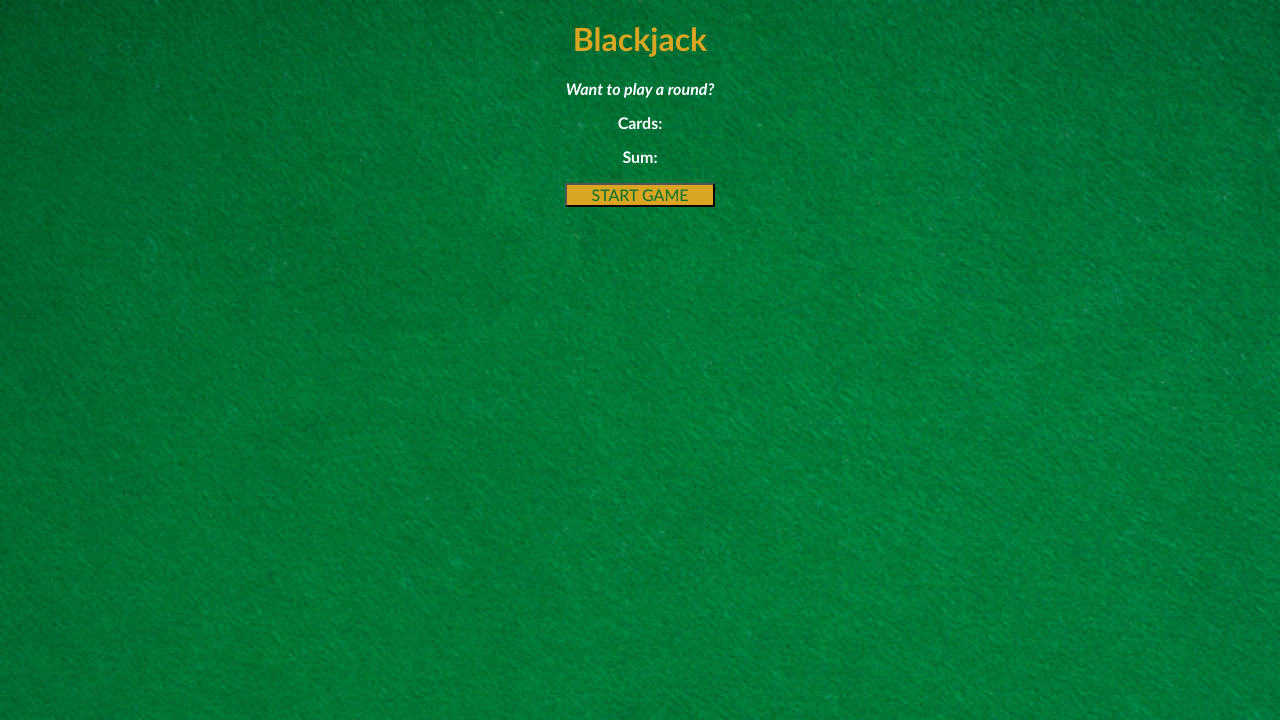
Repository: jt010051/JavaScriptBlackJack
Page: index.html
The author's editor kept a copy of each file at every save. The page is drawn from the files as they stood at one save, then again after the next save.
The browser window is 1280 px wide. The pictures show the whole page.

Above is the page before, as saved 2022-02-26 17:58:53.

### index.css
/* Complete the CSS styling according to the provided design */

body {
  font-family: 'Trebuchet MS', 'Lucida Sans Unicode', 'Lucida Grande', 'Lucida Sans', Arial, sans-serif;
  background-image: url("images/table.png");
  background-size: cover;
  text-align: center;
  color: white;

  font-weight: bold;

}

h1 {
    color: goldenrod;
}

#message-el {
    font-style: italic;
}
button {
    color: #016f32;
    width: 150px;
    background: goldenrod;
}

### index.js
let firstCard = 10;

let secondCard = 11;

let sum = firstCard+secondCard;

let hasBlackJack =false;
let isAlive = true;
let message =""

function startGame(){
    if(sum <= 20){

        message = "Do you want to draw a new Card? 🙂";
        }
        else if (sum === 21){
            message ="Wohoo! You've got Blackjack! 🥳";
        hasBlackJack = true
        }
        else{
            message ="Youre out of the game! 😢";
            isAlive =false;
        }
        console.log(message);
}

Loaded but not shown: index.html (common file)

After the next save:
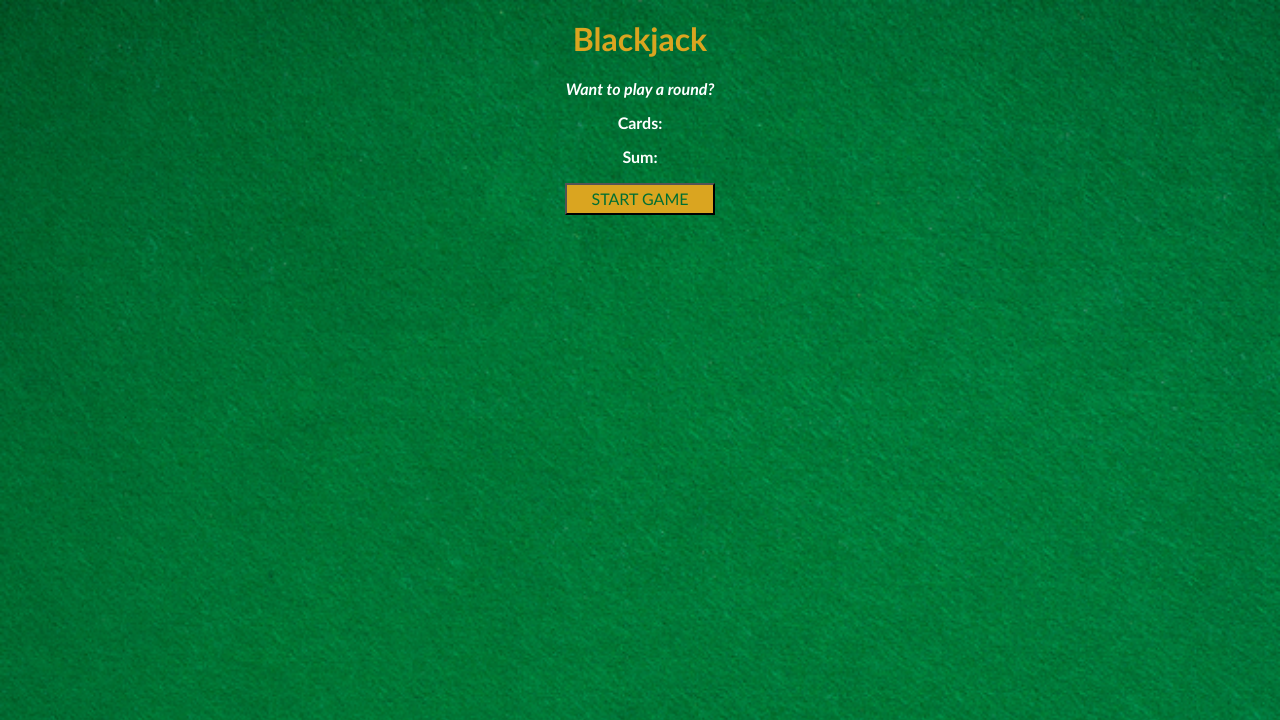
Saved 73 s later.
--- a/index.css
+++ b/index.css
@@ -22,4 +22,6 @@ button {
     color: #016f32;
     width: 150px;
     background: goldenrod;
+    padding-top: 5px;
+    padding-bottom: 5px;
 }
